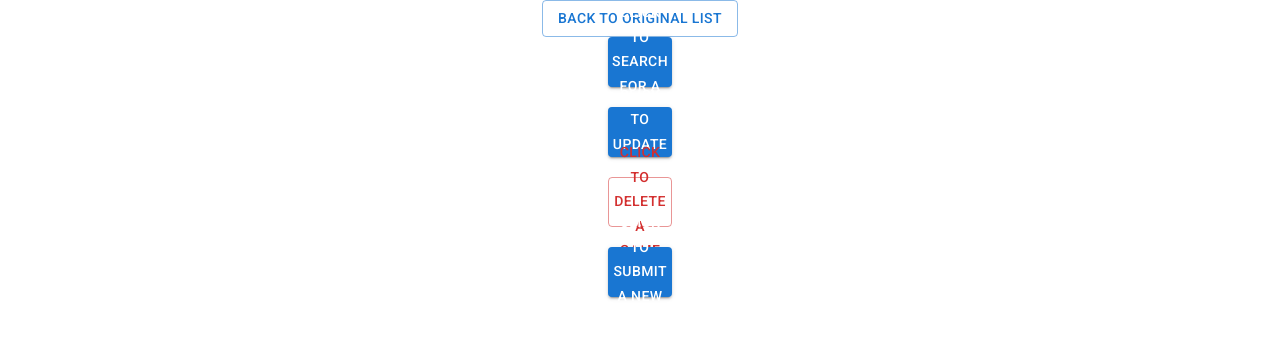
Repository: The-Software-Guild/assessment-2-react-nj10deadend
Page: / (app in Part-2/React-section/frontend/)
An editor plug-in stored every save of this project. The page is shown before and after the next save, followed by the edit.
The browser window is 1280 px wide. The pictures show the whole page.
The page's requests for data from a server got no answer. The project was rebuilt for these pictures with package versions that can differ from the ones it lists, and the page was loaded fresh each time. No one was signed in, and anything a server would have sent is missing. Also part of the build but not shown: Part-2/React-section/frontend/src/components/GameCards.js.

Above is the page before, as saved 2021-12-19 23:02:38.

After the next save:
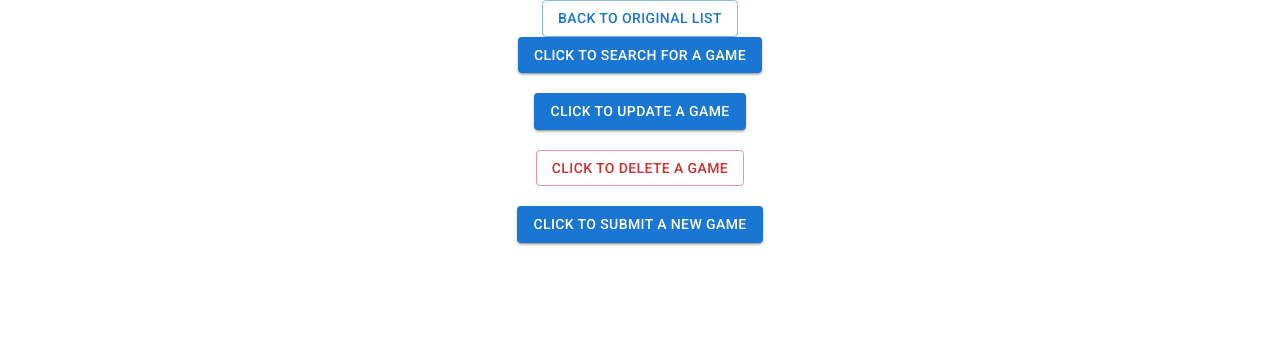
Saved 6 s later.
--- a/Part-2/React-section/frontend/src/index.css
+++ b/Part-2/React-section/frontend/src/index.css
@@ -23,10 +23,6 @@ code {
 }
 .divider {
   border-top: 1px dotted lightblue;
-}
-.bttns {
-  height: 50px;
-  width: 50px;
 }
 
 #outlined-basic1 {
